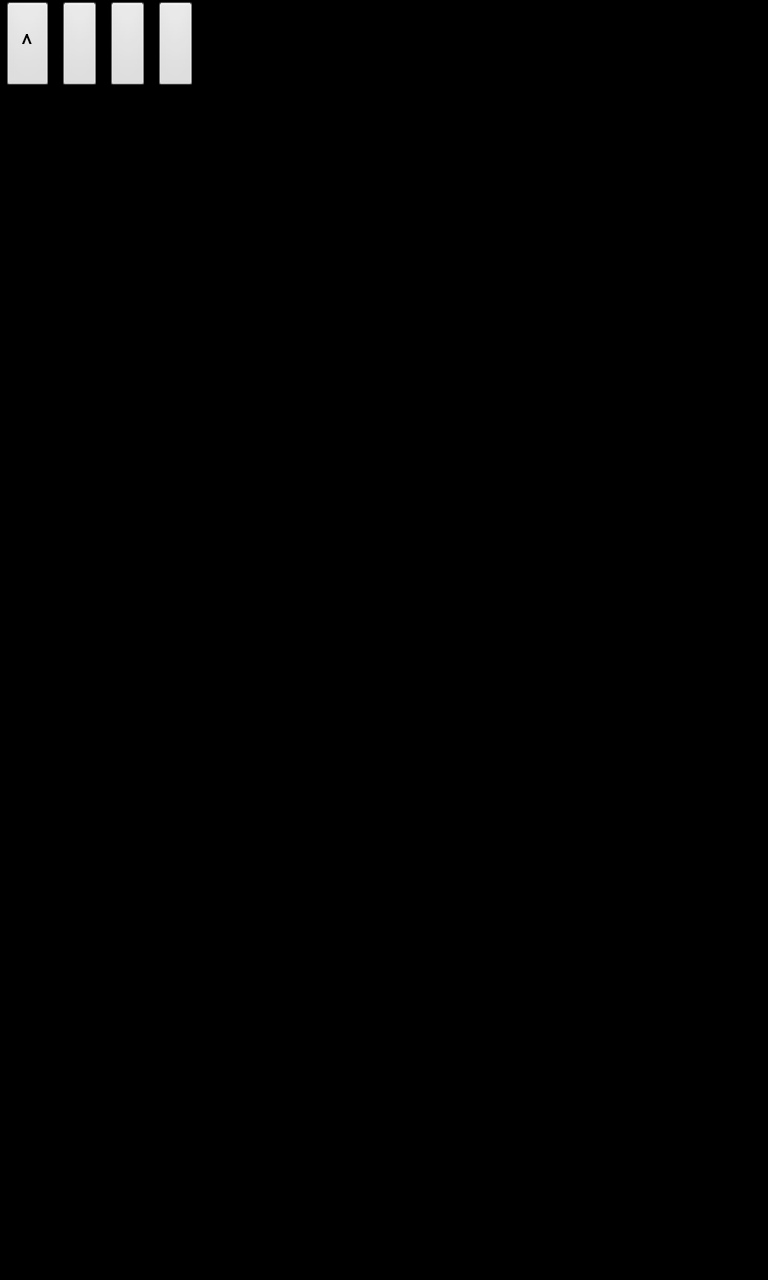
Repository: simplesns/workspace
Layout: eclipse/DEPuzzles/res/layout/wordsearch.xml
An editor plug-in stored every save of this project. The layout is shown before and after the next save, followed by the edit.
It is drawn on a 768 x 1280 px phone screen (xhdpi) without system bars, with theme android:Theme; the app's code is not run.

Above is the layout before, as saved 2011-02-04 08:30:11.

### eclipse/DEPuzzles/res/layout/wordsearch.xml
<?xml version="1.0" encoding="utf-8"?>
<LinearLayout xmlns:android="http://schemas.android.com/apk/res/android"
	android:layout_width="fill_parent" android:layout_height="fill_parent">
	<LinearLayout android:id="@+id/LinearLayout01"
		android:layout_width="wrap_content" android:layout_height="wrap_content">
		<Button android:text="^" android:id="@+id/Button01"
			android:layout_width="wrap_content" android:layout_height="wrap_content"></Button>
		<Button android:text="@+id/Button02" android:id="@+id/Button02"
			android:layout_width="wrap_content" android:layout_height="wrap_content"></Button>
		<Button android:text="@+id/Button03" android:id="@+id/Button03"
			android:layout_width="wrap_content" android:layout_height="wrap_content"></Button>
		<Button android:text="@+id/Button04" android:id="@+id/Button04"
			android:layout_width="wrap_content" android:layout_height="wrap_content"></Button>
	</LinearLayout>
</LinearLayout>

After the next save:
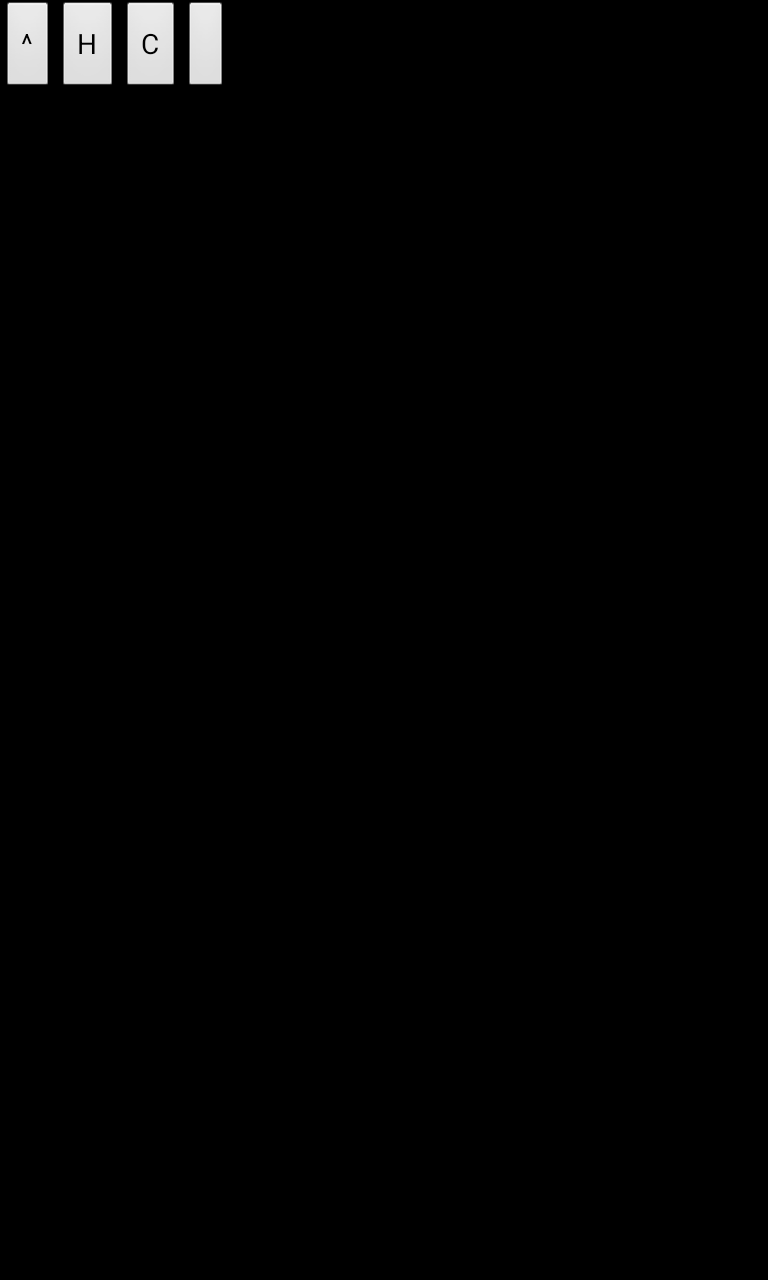
Saved 8 s later.
--- a/eclipse/DEPuzzles/res/layout/wordsearch.xml
+++ b/eclipse/DEPuzzles/res/layout/wordsearch.xml
@@ -5,9 +5,9 @@
 		android:layout_width="wrap_content" android:layout_height="wrap_content">
 		<Button android:text="^" android:id="@+id/Button01"
 			android:layout_width="wrap_content" android:layout_height="wrap_content"></Button>
-		<Button android:text="@+id/Button02" android:id="@+id/Button02"
+		<Button android:text="H" android:id="@+id/Button02"
 			android:layout_width="wrap_content" android:layout_height="wrap_content"></Button>
-		<Button android:text="@+id/Button03" android:id="@+id/Button03"
+		<Button android:text="C" android:id="@+id/Button03"
 			android:layout_width="wrap_content" android:layout_height="wrap_content"></Button>
 		<Button android:text="@+id/Button04" android:id="@+id/Button04"
 			android:layout_width="wrap_content" android:layout_height="wrap_content"></Button>
